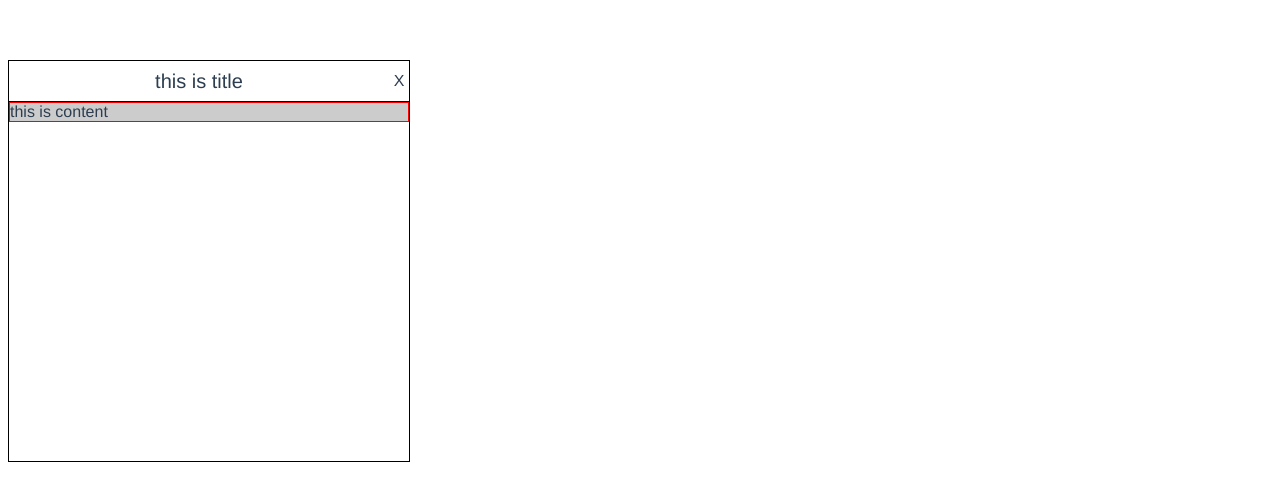
Repository: iulucky6/yf_messageBox
Page: /
These files come from the project's save history. The page is drawn as it stood at one moment and after the next save; the edit follows.
The browser window is 1280 px wide. The pictures show the whole page.
The project was rebuilt for these pictures with package versions that can differ from the ones it lists, and the page was loaded fresh each time. Also part of the build but not shown: src/components/HelloWorld.vue.

Above is the page before, as saved 2023-09-14 11:25:45.

### index.html
<!DOCTYPE html>
<html>
  <head>
    <meta charset="utf-8">
    <meta name="viewport" content="width=device-width,initial-scale=1.0">
    <title>v</title>
  </head>
  <body>
    <div id="app"></div>
    <!-- built files will be auto injected -->
  </body>
</html>

### src/main.js
// The Vue build version to load with the `import` command
// (runtime-only or standalone) has been set in webpack.base.conf with an alias.
import Vue from 'vue'
import App from './App'
// 引入配置文件
import router from './router'

Vue.config.productionTip = false

/* eslint-disable no-new */
new Vue({
  el: '#app',
  //注入
  router,
  components: { App },
  template: '<App/>'
})

### src/App.vue
<template>
  <div id="app">
    <!-- 决定路由组件配置，匹配到的组件会在这里渲染 -->
    <!-- <router-view/> -->
    <MessageBox></MessageBox>
  </div>
</template>

<script>
import { MessageBox } from "./components";
console.log(MessageBox,"MessageBox");

export default {
  name: "App",
  components:{
    MessageBox
  }
};
</script>

<style>
#app {
  font-family: "Avenir", Helvetica, Arial, sans-serif;
  -webkit-font-smoothing: antialiased;
  -moz-osx-font-smoothing: grayscale;
  text-align: center;
  color: #2c3e50;
  margin-top: 60px;
}
</style>

### src/router/index.js
// 1、引入路由
import Vue from 'vue'
import Router from 'vue-router'

// 2、启用路由
Vue.use(Router)

// 3、创建并导出路由
export default new Router({
  mode:'hash',
  routes: [
    {
      path: '/',
      name: 'HelloWorld',
      component: () => import("@/components/HelloWorld.vue")
    },
    {
      path:'/about',
      name:'About',
      component:()=>import("@/components/About.vue")
    }
  ]
})

### src/components/index.js
import MessageBox from "./MessageBox";

export {
    MessageBox
}

### src/components/MessageBox/index.js
import MessageBox from './index.vue'

export default MessageBox;

### src/components/MessageBox/index.vue
<template>
  <div :class="['boxStyle', type]">
    <div class="inner">
      <header class="header">
        <div class="title">{{ title }}</div>
        <span class="close">X</span>
      </header>

      <div class="content">{{ content }}</div>
    </div>
  </div>
</template>

<script>
export default {
  name: "MessageBox",
  props: {
    title: {
      type: String,
      default: "this is title",
    },
    content: {
      type: String,
      default: "this is content",
    },
    type: {
      type: String,
      default: "primary",
      //vue语法，校验传入参数合法性，返回true/false，返回false则警告
      validator(value) {
        ["primary", "success", "warn", "danger"].includes(value);
      },
    },
  },
};
</script>

<style lang='scss'>
$border-color: #000;
.boxStyle {
  border: 1px solid $border-color;
  width: 400px;
  height: 400px;
  display: flex;
  flex-flow: column;
  .header {
    display: flex;
    width: 100%;
    align-items: center;
    border-bottom: 1px solid $border-color;
    height: 40px;
    .title {
      flex: 1;
      font-size: 20px;
    }
    .close {
      width: 20px;
      line-height: 40px;
      display: inline-block;
    }
  }
  .content {
    display: flex;
    background-color: #ccc;
    border: 1px solid red;
    flex: 1;
    // align-items: center;
    // justify-content: center;
  }
}
</style>

After the next save:
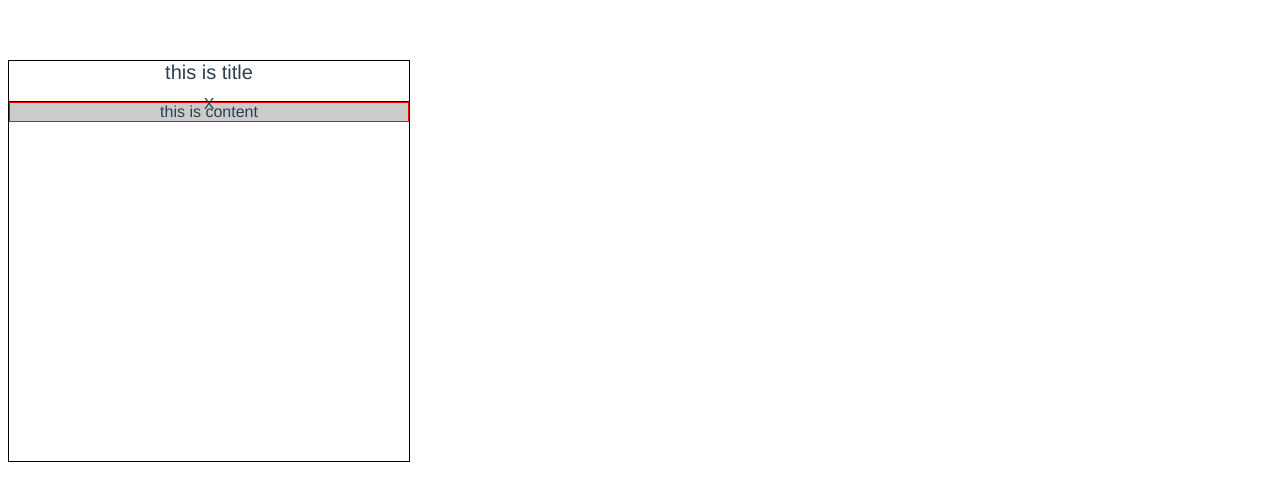
Saved 68 s later.
--- a/src/components/MessageBox/index.vue
+++ b/src/components/MessageBox/index.vue
@@ -44,7 +44,7 @@ $border-color: #000;
   display: flex;
   flex-flow: column;
   .header {
-    display: flex;
+    // display: flex;
     width: 100%;
     align-items: center;
     border-bottom: 1px solid $border-color;
@@ -60,7 +60,6 @@ $border-color: #000;
     }
   }
   .content {
-    display: flex;
     background-color: #ccc;
     border: 1px solid red;
     flex: 1;
